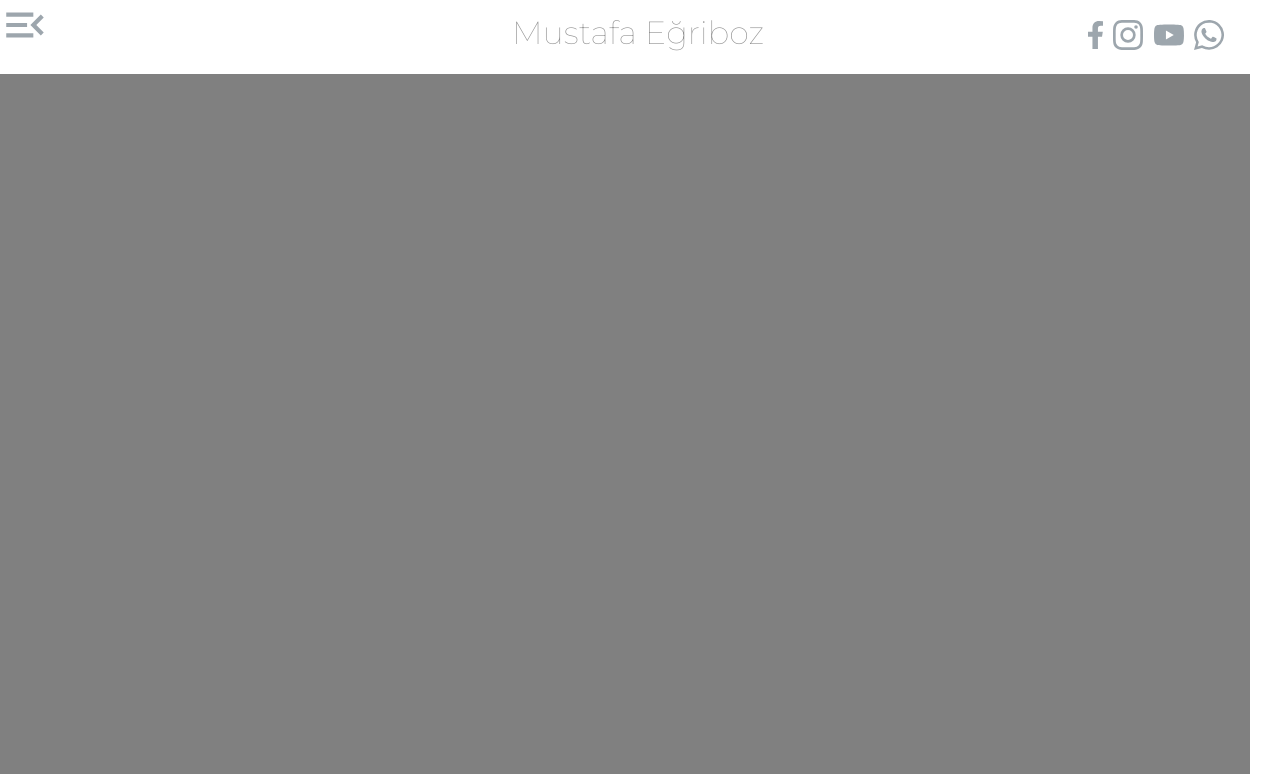
Repository: CengoCengo/m.e-gallery-web-site
Page: index.html
These files come from the project's save history. The page is drawn as it stood at one moment and after the next save; the edit follows.
The browser window is 1280 px wide. The pictures show the whole page.

Above is the page before, as saved 2021-02-06 18:27:29.
Console error: TypeError: Cannot read properties of null (reading 'style')

### index.html
<!DOCTYPE html>
<html lang="en">
  <head>
    <meta charset="UTF-8" />
    <meta name="viewport" content="width=device-width, initial-scale=1.0" />
    <link rel="stylesheet" href="styles/style.css" />
    <link rel="preconnect" href="https://fonts.gstatic.com" />
    <link rel="preconnect" href="https://fonts.gstatic.com">
    <link href="https://fonts.googleapis.com/css2?family=Montserrat:wght@100&display=swap" rel="stylesheet">

    <title>Mustafa Eğriboz</title>
  </head>
  <body>
    <!-- Navigator -->
    <div class="menu-container">
      <img
        id="icon-menu"
        src="images/icon/menu_open-black-18dp.svg"
        alt="icon-menu"

      />
      <h1 class="name">Mustafa Eğriboz</h1>

      <div class="social-media-container icon-social">
        <a class="icon-social" href=""
          ><img alt="Qries" src="images/icon/facebook-f-brands.svg" width=15"
          height="70"></a
        >

        <a class="icon-social" href=""
          ><img alt="Qries" src="images/icon/instagram-brands.svg" width=30"
          height="70"></a
        >

        <a class="icon-social"  href=""
          ><img alt="Qries" src="images/icon/youtube-brands.svg" width=30"
          height="70"></a
        >

        <a class="icon-social" href=""
          ><img alt="Qries" src="images/icon/whatsapp-brands.svg" width=30"
          height="70"></a
        >
      </div>
    </div>

    <!-- Slider -->

    <div class="slider-container">
      <div class="slider"></div>
    </div>

    <script type="text/javascript" src="js/script.js"></script>
  </body>
</html>

### styles/style.css
*{
    margin: 0;
    padding: 0;
    font-family:  'Montserrat', sans-serif;
    font-weight: 900;




}


.menu-container{
    display: inline-block;
    position: relative;
    width: 100%;
    height: auto;

}

#icon-menu{
    display: inline-block;
    width: 50px;
    position: absolute;





}

h1.name{
    display: inline-block;
    font-weight: 200;
    position: absolute;
    margin-top: 1%;
    left: 40%;
    color:#8e8e8e;


}

.social-media-container{
    display: inline;
    position: relative;
    width: 100%;
    left: 84%;



}

.icon-social{
    margin-left: 0.5%;
}




.slider{
    background-color: grey;
    width: 1250px;
    height: 700px;

}

### js/script.js
var x = document.querySelector("p");
x.style.backgroundColor = "red";

After the next save:
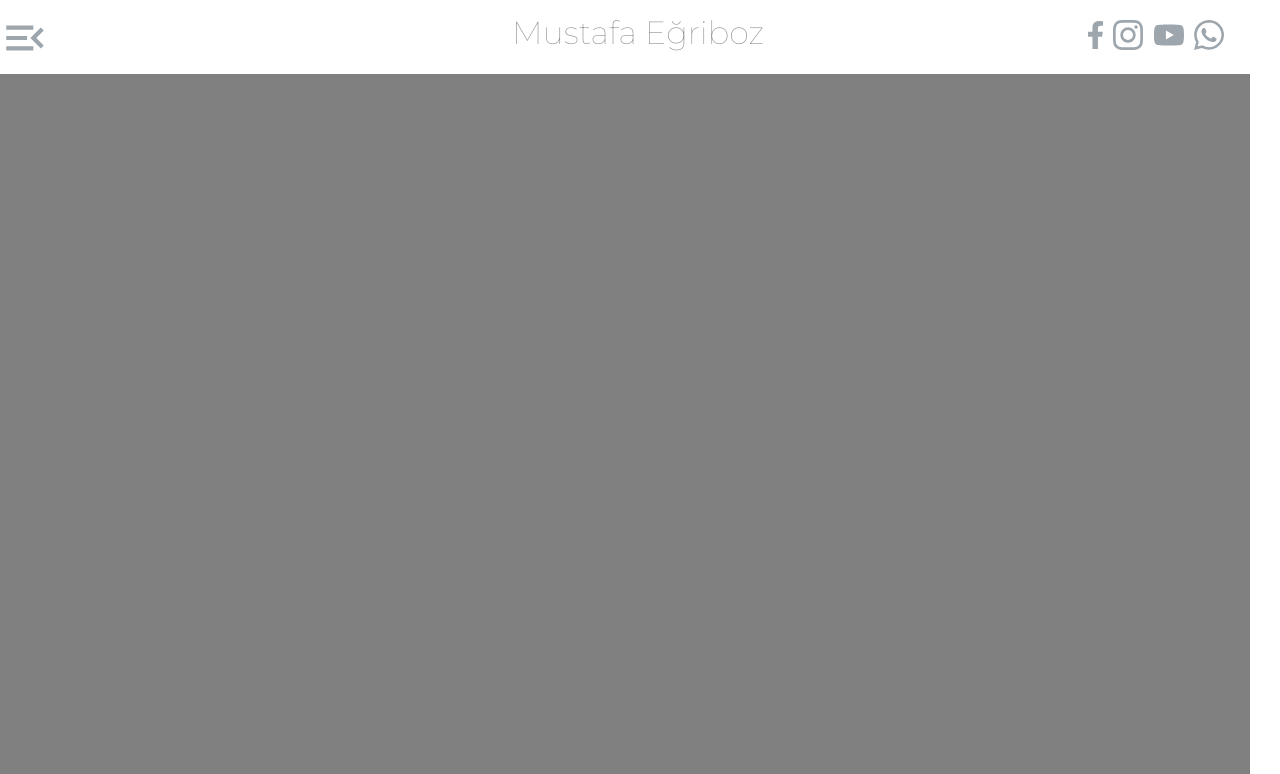
Saved 8 s later.
--- a/styles/style.css
+++ b/styles/style.css
@@ -22,6 +22,7 @@
     display: inline-block;
     width: 50px;
     position: absolute;
+    margin-top: 1%;
 
 
 
